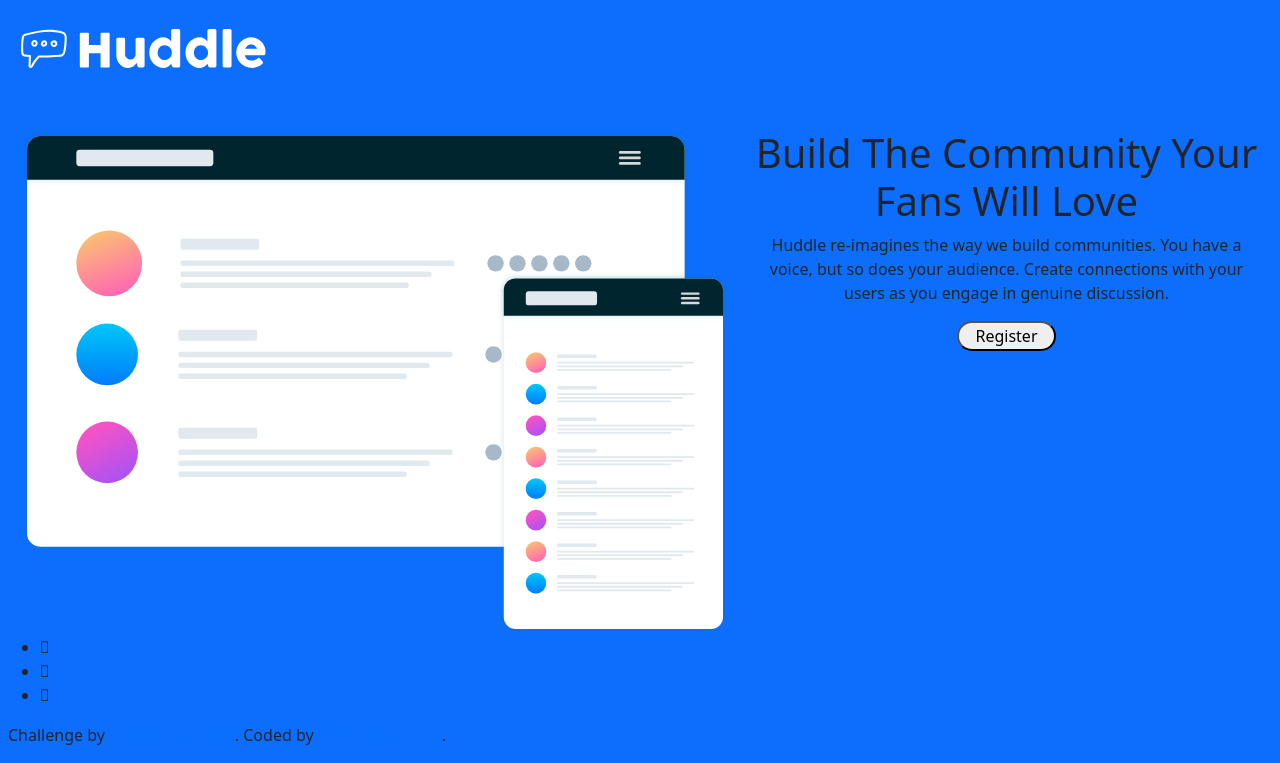
Repository: blordeus/huddle-landing-page-with-single-introductory-section-master
Page: index.html
An editor plug-in stored every save of this project. The page is shown before and after the next save, followed by the edit.
The browser window is 1280 px wide. The pictures show the whole page.

Above is the page before, as saved 2023-08-31 19:25:47.

### index.html
<!DOCTYPE html>
<html lang="en">
<head>
  <meta charset="UTF-8">
  <meta name="viewport" content="width=device-width, initial-scale=1.0"> <!-- displays site properly based on user's device -->

  <link rel="icon" type="image/png" sizes="32x32" href="./images/favicon-32x32.png">
  <link href="https://cdn.jsdelivr.net/npm/bootstrap@5.3.1/dist/css/bootstrap.min.css" rel="stylesheet" integrity="sha384-4bw+/aepP/YC94hEpVNVgiZdgIC5+VKNBQNGCHeKRQN+PtmoHDEXuppvnDJzQIu9" crossorigin="anonymous">

  <title>Frontend Mentor | Huddle landing page with single introductory section</title>

</head>
<body class="bg-primary mx-2 my-3">

  <header class="mb-5">
    <img src="./images/logo.svg" alt="">
  </header>

  <section class="container-fluid text-center">
    <div class="row">
      <div class="col">
        <img src="./images/illustration-mockups.svg" alt="illustration mockups">
      </div>
      <div class="col">
        <h1>Build The Community Your Fans Will Love</h1>
        <p>
          Huddle re-imagines the way we build communities. You have a voice, but so does your audience.
          Create connections with your users as you engage in genuine discussion.
        </p>
        <button class="rounded-pill px-3 px-1">Register</button>
      </div>
    </div>
  </section>

  <div class="icons flex">
    <ul>
      <li><i class="fas fa-facebook"></i></li>
      <li><i class="fas fa-twitter"></i></li>
      <li><i class="fas fa-instagram"></i></li>
      <link rel="stylesheet" href="https://maxcdn.bootstrapcdn.com/font-awesome/4.7.0/css/font-awesome.min.css">
    </ul>
  </div>

  <footer>
    <p class="attribution">
      Challenge by <a href="https://www.frontendmentor.io?ref=challenge" target="_blank">Frontend Mentor</a>.
      Coded by <a href="#">Your Name Here</a>.
    </p>
  </footer>
</body>
</html>

After the next save:
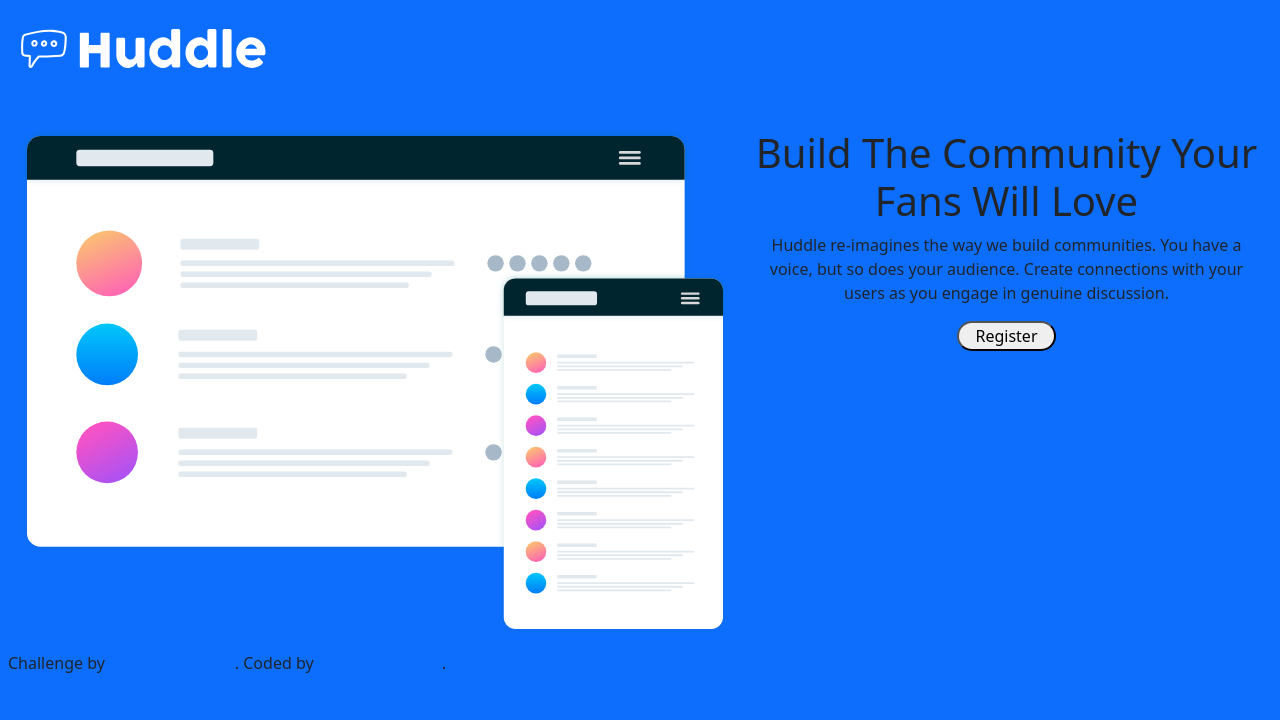
Saved 9 s later.
--- a/index.html
+++ b/index.html
@@ -34,9 +34,7 @@
 
   <div class="icons flex">
     <ul>
-      <li><i class="fas fa-facebook"></i></li>
-      <li><i class="fas fa-twitter"></i></li>
-      <li><i class="fas fa-instagram"></i></li>
+
       <link rel="stylesheet" href="https://maxcdn.bootstrapcdn.com/font-awesome/4.7.0/css/font-awesome.min.css">
     </ul>
   </div>
